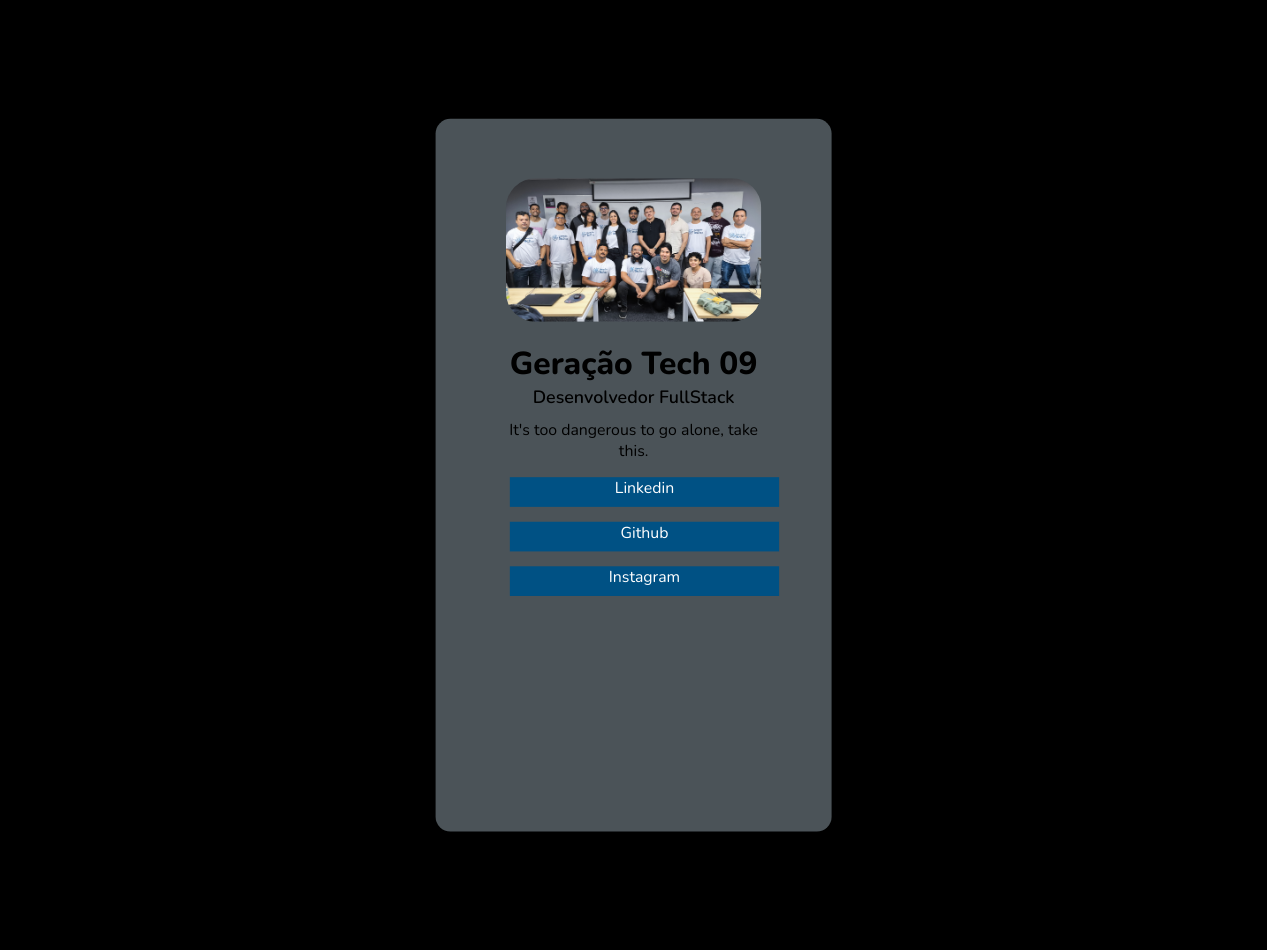
Repository: geracao-09/linktree-gt9
Page: index.html
An editor plug-in stored every save of this project. The page is shown before and after the next save, followed by the edit.
The browser window is 1280 px wide. The pictures show the whole page, at 99% of full size.

Above is the page before, as saved 2025-04-11 09:01:40.

After the next save:
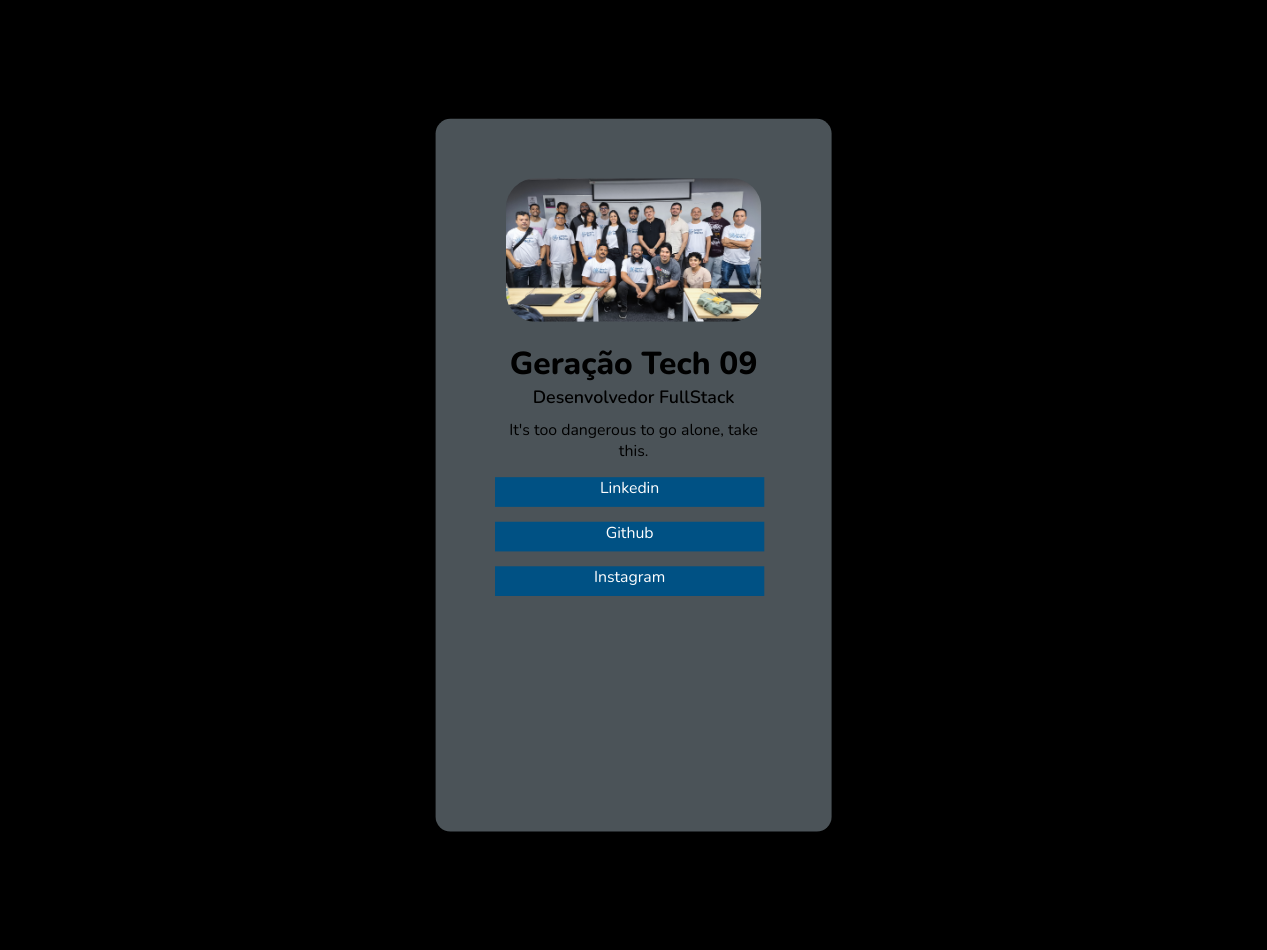
Saved 4 s later.
--- a/style.css
+++ b/style.css
@@ -51,5 +51,5 @@
   width: 272px;
   height: 30px;
   background-color: #005184;
-  margin: 15px ;
+  margin: 15px 0;
 }
